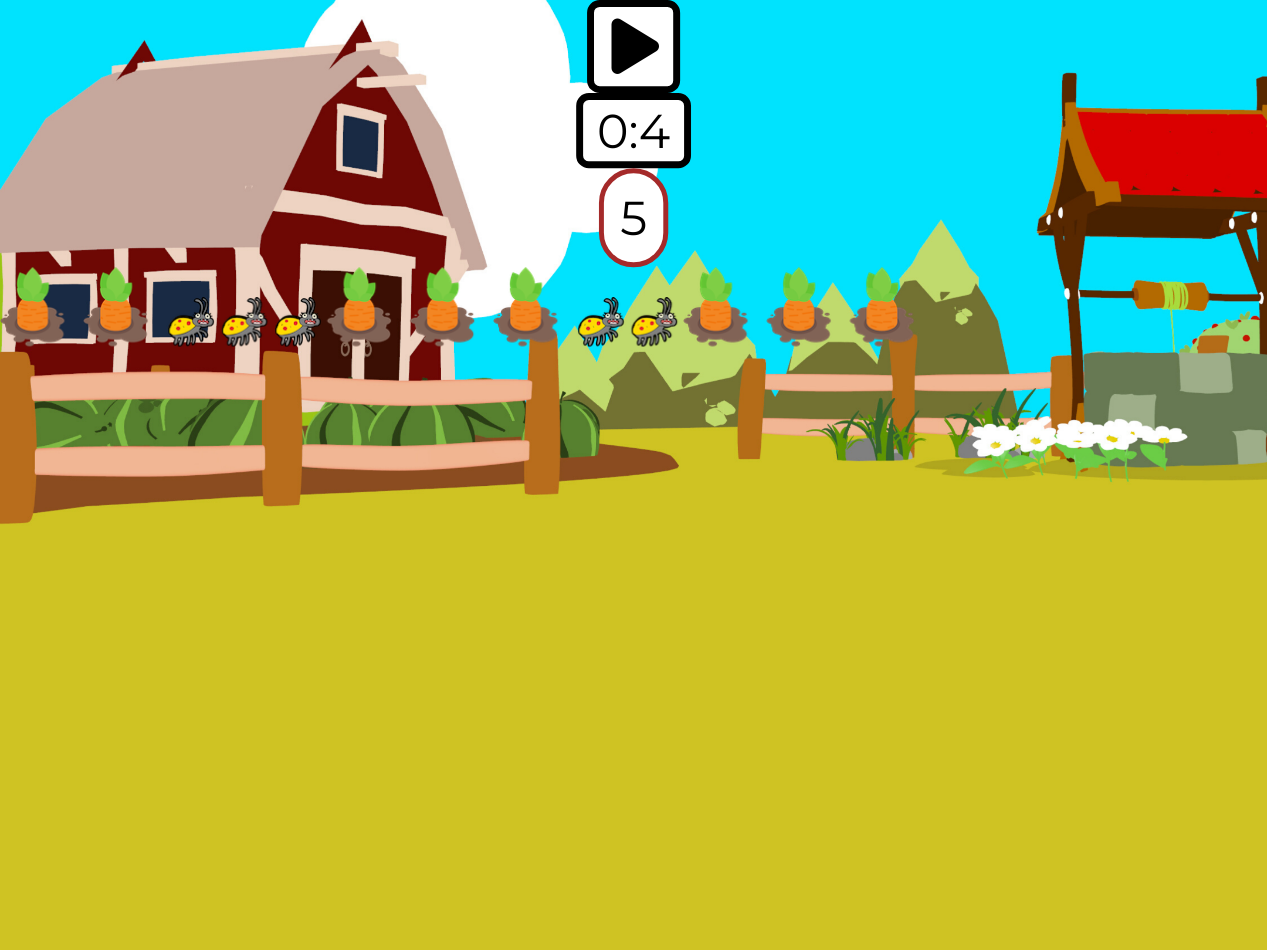
Repository: sephinejo/Mini-carrot-game
Page: index.html
The author's editor kept a copy of each file at every save. The page is drawn from the files as they stood at one save, then again after the next save.
The browser window is 1280 px wide. The pictures show the whole page, at 99% of full size.
Some web fonts or font styles are not loaded; a fallback is used. Some web libraries are served in a nearby version.

Above is the page before, as saved 2023-05-14 21:41:14.

After the next save:
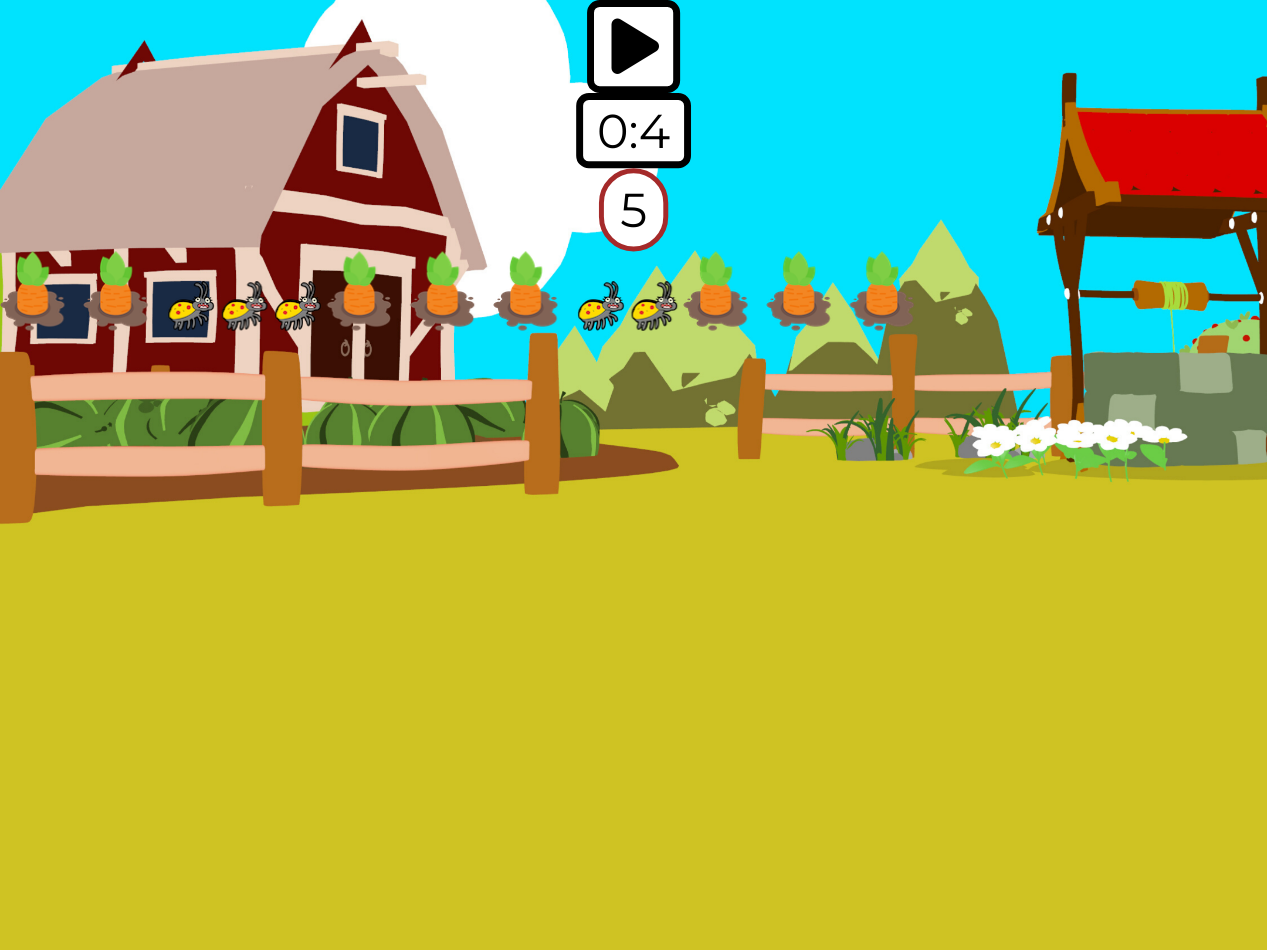
Saved 5 s later.
--- a/style.css
+++ b/style.css
@@ -42,5 +42,5 @@ body {
   border: 0.35rem solid brown;
   border-radius: 10rem;
   background-color: white;
-  padding: 1rem 1rem;
+  padding: 0.5rem 1rem;
 }
